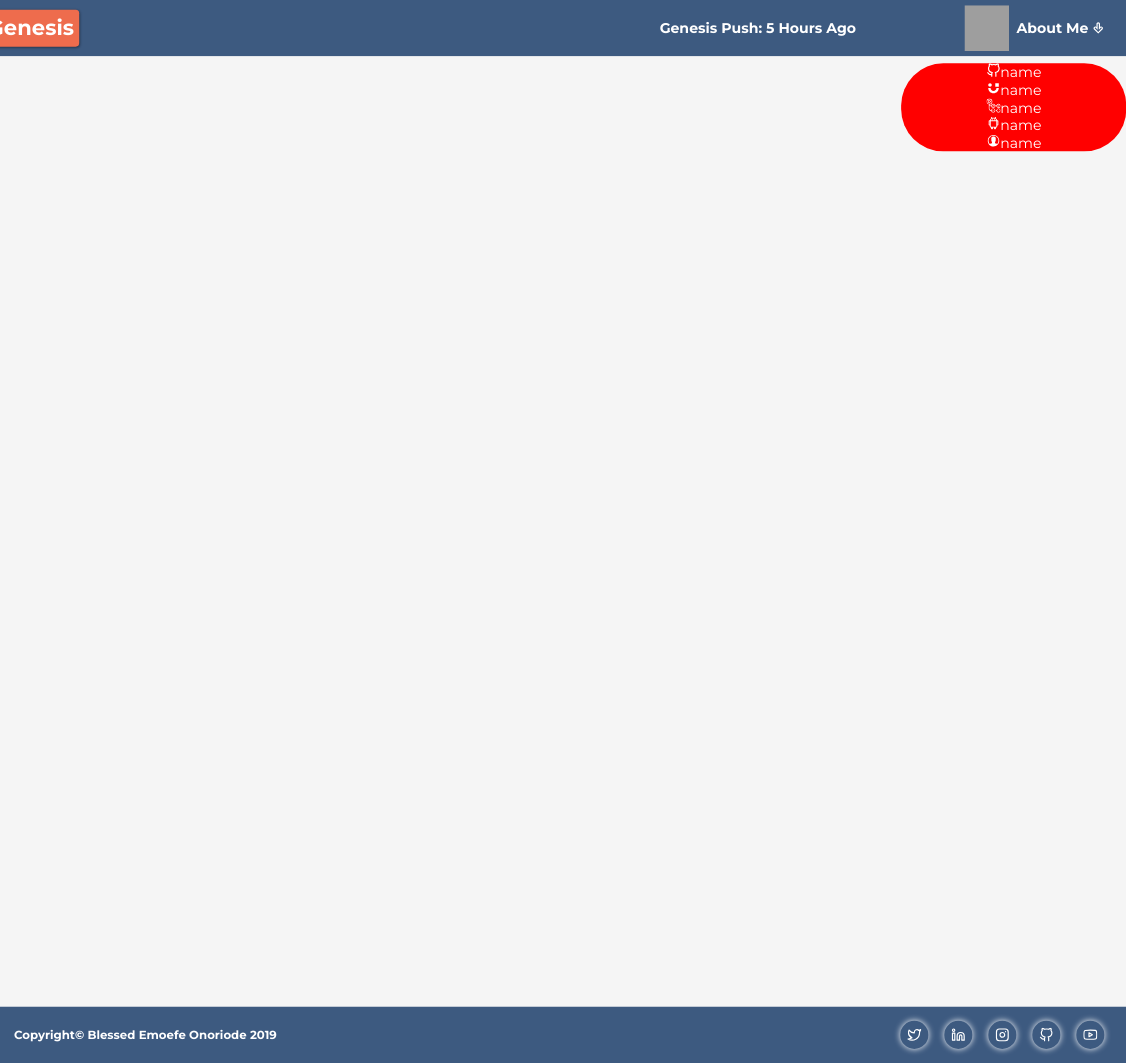
Repository: BlessedEmoefe/github-genesis
Page: /
An editor plug-in stored every save of this project. The page is shown before and after the next save, followed by the edit.
The browser window is 1280 px wide. The pictures show the whole page, at 88% of full size.
Pictures or frames that could not be fetched are drawn as grey boxes. The project was rebuilt for these pictures with package versions that can differ from the ones it lists, and the page was loaded fresh each time.

Above is the page before, as saved 2021-03-24 17:38:48.

### public/index.html
<!DOCTYPE html>
<html lang="en">
  <head>
    <meta charset="utf-8" />
    <link rel="icon" href="%PUBLIC_URL%/circle-cropped.png" />
    <meta name="viewport" content="width=device-width, initial-scale=1" />
    <meta name="theme-color" content="#000000" />
    <meta
      name="description"
      content="Web site created using create-react-app"
    />
    <link rel="apple-touch-icon" href="%PUBLIC_URL%/logo192.png" />
   <link rel="preconnect" href="https://fonts.gstatic.com">
<link href="https://fonts.googleapis.com/css2?family=Montserrat:wght@300;400;500;600;700;900&display=swap" rel="stylesheet">

    <link rel="manifest" href="%PUBLIC_URL%/manifest.json" />

    <title>React App</title>
  </head>
  <body>
    <noscript>You need to enable JavaScript to run this app.</noscript>
    <div id="root"></div>

  </body>
</html>

### src/index.js
import React from 'react';
import ReactDOM from 'react-dom';
import './index.css';
import Home from './pages/home';

ReactDOM.render(
  <React.StrictMode>
    <Home/>
  </React.StrictMode>,
  document.getElementById('root')
);

### src/index.css
body {
  margin: 0;
  font-family: 'Montserrat', sans-serif;
}
*{
  box-sizing:border-box;

}
p, b, h1, h2, h3, h4, h5, h6, span, div{
margin:0;
padding:0;
}

code {
font-family: 'Montserrat', sans-serif;
}

### src/pages/home/index.jsx
import React from "react";
import Body from "../../component/body";
import Footer from "../../component/footer";
import Header from "../../component/header";
import { HomeStyles } from "./styles";

const Home = () => {

  return (
    <HomeStyles>
      <Header />
      <Body />
      <Footer />
    </HomeStyles>
  );
};

export default Home;

### src/component/body/index.jsx
import React from 'react';
import { BodyStyles } from "./styles";

const Body = () => {
  return (
    <BodyStyles>

    </BodyStyles>
  )
}

export default Body;

### src/component/footer/index.jsx
import React from "react";
import { FooterStyles } from "./styles";
import {
  FiYoutube as Youtube,
  FiTwitter as Twitter,
  FiLinkedin as LinkedIn,
  FiInstagram as Instagram,
  FiGithub as Github
} from "react-icons/fi";

const Footer = () => {
  const socialData = [
    { name: "twitter", icon: <Twitter />, url: "#" },
    { name: "linkedIn", icon: <LinkedIn />, url: "#" },
    { name: "instagram", icon: <Instagram />, url: "#" },
    { name: "github", icon: <Github />, url: "#" },
    { name: "youtube", icon: <Youtube />, url: "#" },
  ];
  return (
    <FooterStyles>
      <div className="copyright">
        <small>Copyright© Blessed Emoefe Onoriode 2019</small>
      </div>
      <div className="socialMedia">
        {socialData.map(({ name, icon, url }) => (
          <div className="socialcontainer" name={name}>{icon}</div>
        ))}
      </div>
    </FooterStyles>
  );
};

export default Footer;

### src/component/header/index.jsx
import React, { useState, useEffect } from "react";
import Profile from "../profile";
import { HeaderStyles } from "./styles";

const Header = () => {
  const [timer, setTimer] = useState(0);

  useEffect(() => {
    const Interval = setInterval(() => {
      setTimer((timer) => timer + 1);
    }, 1000);
    return () => {
      clearInterval(Interval);
    };
  }, []);
  return (
    <HeaderStyles>
      <div className="headerTitle">
        <h2>My GitHub Genesis</h2>
      </div>
      <div className="timer">
        <b>
          Genesis Push: {timer} <span>Hours Ago</span>
        </b>
      </div>
      <Profile/>
    </HeaderStyles>
  );
}

export default Header;

### src/pages/home/styles.js
import styled from "styled-components";

export const HomeStyles = styled.div`
  background: whitesmoke;
  width: 100%;
  height: 100vh;
  margin: 0;
`;

### src/component/body/styles.js
import styled from "styled-components";

export const BodyStyles = styled.div`
background:whitesmoke;
width:100%;
height:150vh;
`

### src/component/footer/styles.js
import styled from "styled-components";
import { color } from '../../config/colors';

export const FooterStyles = styled.div`
  background: ${color.primary};
  width: 100%;
  height: max-content;
  display: flex;
  justify-content: space-between;
  align-items: center;
  padding: 1rem 1rem;
  margin: 0;
  color: white;

  .copyright {
    /* background: red; */
    small {
      font-weight: bolder;
      cursor: pointer;
    }
  }
  .socialMedia {
    cursor: pointer;
    display: flex;
    justify-content: space-around;
    align-items: center;
    width: 20%;

    .socialcontainer {
      border-radius: 50%;
      -webkit-box-shadow: 0px 0px 7px 0px rgba(255, 255, 255, 1);
      -moz-box-shadow: 0px 0px 7px 0px rgba(255, 255, 255, 1);
      box-shadow: 0px 0px 7px 0px rgba(255, 255, 255, 1);
      width: max-content;
      height: max-content;
      padding: 0.5rem;
      display: flex;
      justify-content: space-around;
      align-items: center;
    }
  }
`;

### src/component/profile/index.jsx
import React, { useState } from 'react';
import { ProfileStyles } from "./styles";
import ProfileImage from "../../assets/ProfileImage.png";
import {
  TiArrowDownOutline as ArrowDown,
  TiArrowUpOutline as ArrowUp
} from "react-icons/ti";
import { CgUserlane as BiographyIcon } from "react-icons/cg";
import { FiGithub as GithubGenesisIcon } from "react-icons/fi";
import { SiGithubactions as GitStatusIcon } from "react-icons/si";
import { AiOutlineAndroid as MyWorksIcon } from "react-icons/ai";
import { IoIosContact as ContactIcon } from "react-icons/io";

const Profile = () => {
  const [isOpen, setIsOpen] = useState(false);
  const OpenProfileModal =()=> {
    setIsOpen(isOpen=>!isOpen)
  }

  const profileData = [
    { icon: <GithubGenesisIcon />, name: "Github Genesis", url: "#" },
    { icon: <BiographyIcon />, name: "Short Biography", url: "#" },
    { icon: <GitStatusIcon />, name: "My Git Status", url: "#" },
    { icon: <MyWorksIcon />, name: "My Works", url: "#" },
    { icon: <ContactIcon />, name: "Contact", url: "#" },
  ];
  return (
    <ProfileStyles>
      <div className="imageContainer">
        <img src={ProfileImage} alt="profileimg" width="100%" height="100%" />
      </div>
      <div className="profileTextAndIcon" onClick={OpenProfileModal}>
        <b>About Me</b>
        {isOpen ? <ArrowUp /> : <ArrowDown />}
      </div>
      <div className="profileContentContainer">
        {profileData.map(({icon,name,url }) => (
          <div className="profileContent">
            {icon}
            <span>name</span>
          </div>
        ))}
      </div>
    </ProfileStyles>
  );
}

export default Profile;

### src/component/header/styles.js
import styled from "styled-components";
import {color} from "../../config/colors"

export const HeaderStyles = styled.div`
    display: flex;
    justify-content: flex-end;
    align-items: center;
    width: 100%;
    height: max-content;
    background: ${color.primary};
    padding: 0.4rem 1.5rem;
    color:white;

    .headerTitle {
      font-size: 1rem;
      font-weight: 500;
      width: max-content;
      height: max-content;
      padding: 0.4rem;
      background: ${color.secondary};
      border-radius: 4px;
      box-shadow: 1px 1px 3px rgba(0, 0, 0, 0.3), 0 1px 3px rgba(0, 0, 0, 0.2);
      display: flex;
      position: absolute;
      left: -12.5%;
      transition: 0.6s ease-out;
      :hover {
        left: 0%;
        transition: 0.6s ease-in;
      }
    }
    .about {
      font-size: 1rem;
      font-weight: 700;
      font-family: inherit;
    }
    .timer {
      font-size: 1rem;
      font-weight: 700;
    }

`;

### src/config/colors/index.jsx
/*This is the color component for the app. Theming and color variations should live here */
export const color = {
  primary: "#3D5A80",
  secondary: "#EE6C4D",
  tertiary: "#293241",
  background: "#98C1D9",
  text: "#060B0F",
};

### src/component/profile/styles.js
import styled from "styled-components";

export const ProfileStyles = styled.div`
  height: 100%;
  width: max-content;
  display: flex;
  justify-content: space-around;
  align-items: center;
  flex-wrap: wrap;
  margin-left: 10%;

  .imageContainer {
    height: 3.2rem;
    width: 3.2rem;
    border-radius: 50%;
    cursor: pointer;
  }
  .profileTextAndIcon {
    display: flex;
    justify-content: space-around;
    align-items: center;
    flex-wrap: nowrap;
    margin-left: 0.5rem;
    cursor: pointer;
    b {
      font-size: 1rem;
      margin-right: 0.2rem;
    }
  }
  .profileContentContainer {
    width: 20%;
    background: red;
    position: absolute;
    right: 0;
    top: 4.5rem;
    border-radius: 3rem;
    display: flex;
    flex-direction:column;
    justify-content: space-between;
    align-items: center;
  }
`;

After the next save:
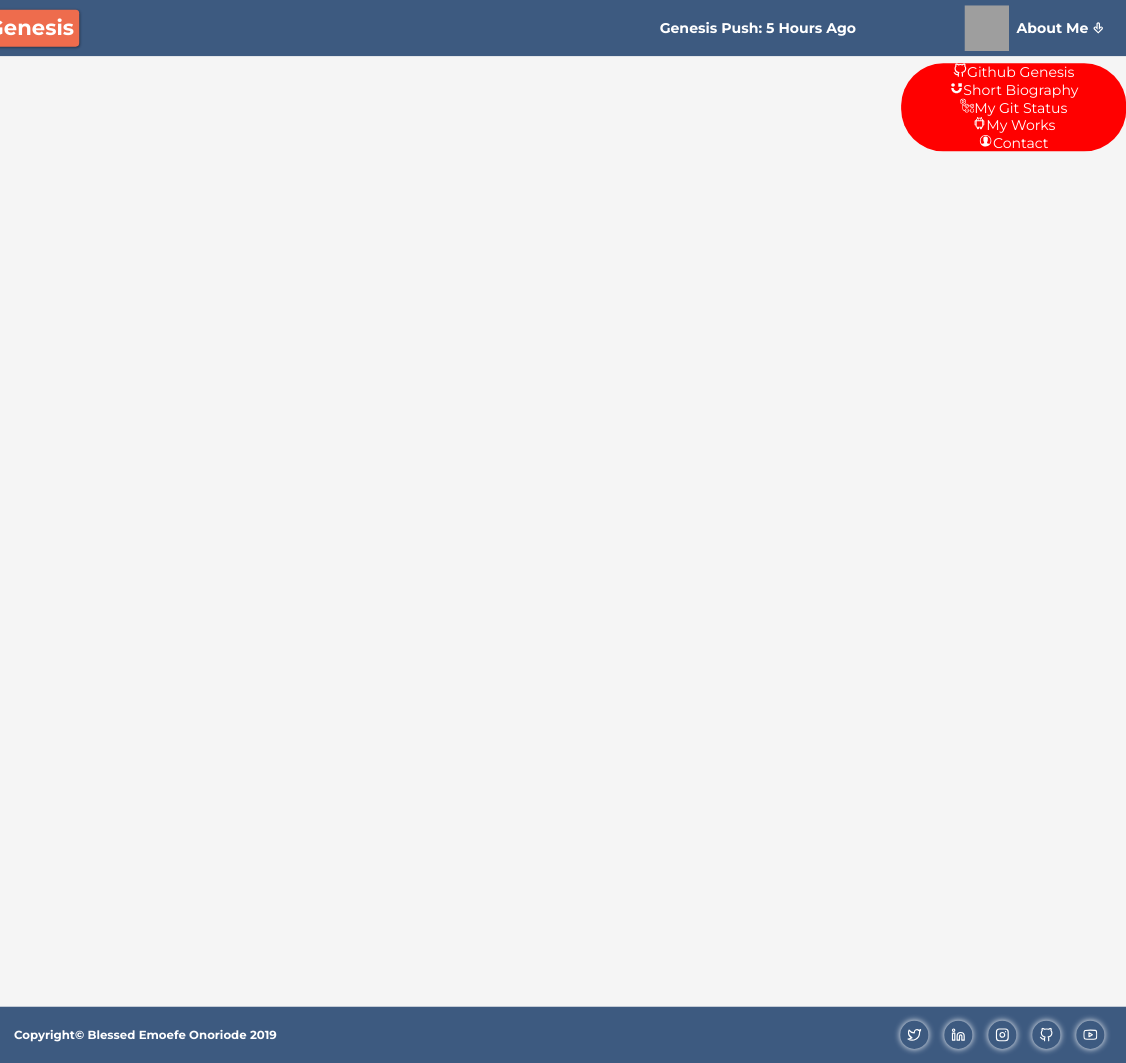
Saved 4 s later.
--- a/src/component/profile/index.jsx
+++ b/src/component/profile/index.jsx
@@ -37,7 +37,7 @@ const Profile = () => {
         {profileData.map(({icon,name,url }) => (
           <div className="profileContent">
             {icon}
-            <span>name</span>
+            <span>{name}</span>
           </div>
         ))}
       </div>
